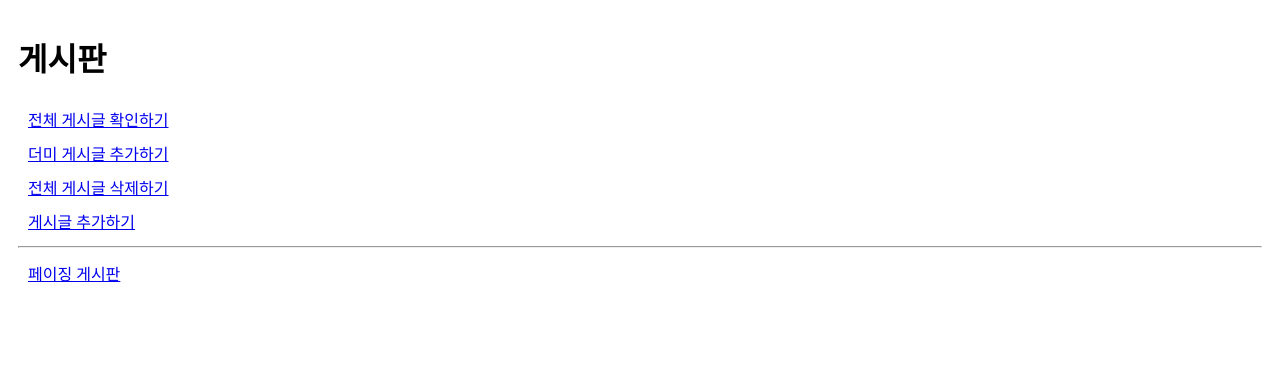
Repository: jjuhye/JSPWorkspace
Page: http://localhost/basic/00_board/_00_main.jsp
The author's editor kept a copy of each file at every save. The page is drawn from the files as they stood at one save, then again after the next save.
The browser window is 1280 px wide. The pictures show the whole page.
The page is served by Tomcat 9. Other server files are loaded and not shown.

Above is the page before, as saved 2023-02-23 09:09:14.

### basic/src/main/webapp/00_board/_00_main.jsp
<%@ page language="java" contentType="text/html; charset=UTF-8"
    pageEncoding="UTF-8"%>
<!DOCTYPE html>
<html>
<head>
<meta charset="UTF-8">
<title>게시판</title>
<link rel="stylesheet" href="./board.css">
<!-- <script type="text/javascript" src="./member.js"></script> -->
</head>
<body>
<div>
	<h1> 게시판 </h1>
    <div><a href=".jsp"> 전체 게시글 확인하기 </a></div>
    <div><a href=".jsp"> 더미 게시글 추가하기 </a></div>
    <div><a href=".jsp"> 전체 게시글 삭제하기 </a></div>
    <div><a href=".jsp"> 게시글 추가하기 </a></div>
    <hr>
    <div><a href=".jsp"> 페이징 게시판 </a></div>
</div>
</body>
</html>

### basic/src/main/webapp/00_board/board.css
@charset "UTF-8";



div{
	padding: 5px 10px;
}

td{
	padding: 2px 10px;
	text-align:center;
}

After the next save:
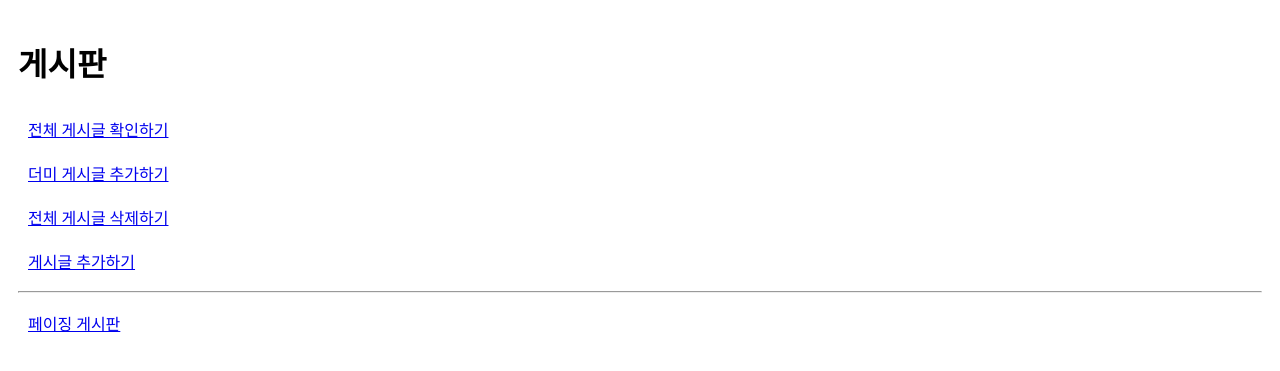
Saved 18 s later.
--- a/basic/src/main/webapp/00_board/board.css
+++ b/basic/src/main/webapp/00_board/board.css
@@ -3,7 +3,7 @@
 
 
 div{
-	padding: 5px 10px;
+	padding: 10px;
 }
 
 td{
